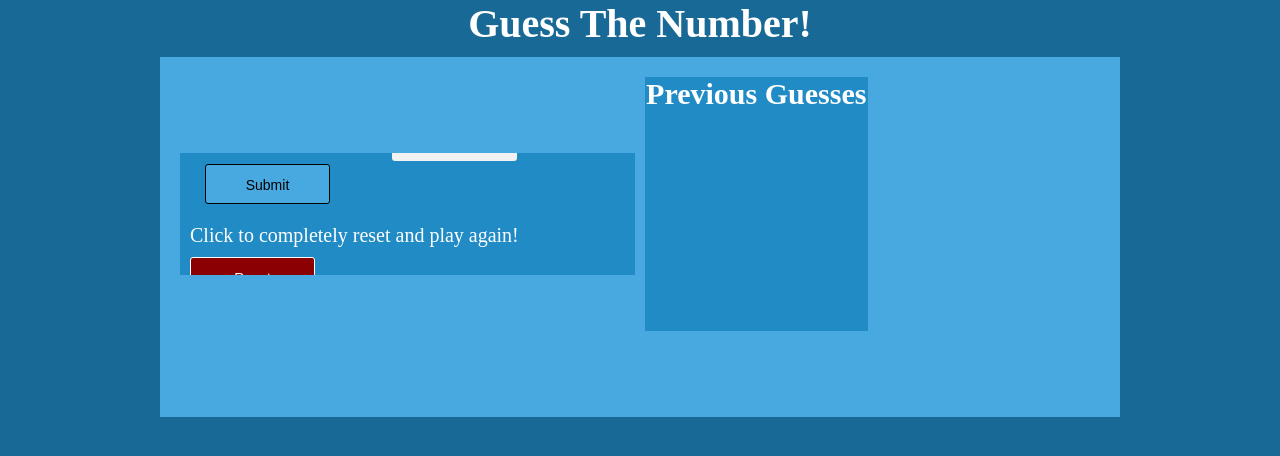
Repository: mlmEFSC21/P14-Guessing-Game
Page: guess.html
The author's editor kept a copy of each file at every save. The page is drawn from the files as they stood at one save, then again after the next save.
The browser window is 1280 px wide. The pictures show the whole page.

Above is the page before, as saved 2022-03-19 14:23:35.

### guess.html
<!DOCTYPE html>
<html lang="en">
    <head>
        <meta charset="UTF-8" />
        <meta http-equiv="X-UA-Compatible" content="IE=edge" />
        <meta name="viewport" content="width=device-width, initial-scale=1.0" />
        <link rel="stylesheet" href="guess.css" />
        <script src="guess.js" defer></script>
        <title>Guessing Game</title>
    </head>
    <body>
        <header>
            <h1 class="pageTitle">Guess The Number!</h1>
        </header>
        <section>
            <div class="gameContainer" id="container">
                <div class="results" id="results">
                    <form action="#" class="inputForm">
                        <label for="guessInput">Pick a number 1 - 1000</label>
                        <input
                            type="text"
                            required
                            name="guessInput"
                            class="guessInput"
                            id="guessInput"
                        />
                        <button type="submit" class="submitBtn" id="submitBtn">Submit</button>
                        <label for="resetBtn">Click to completely reset and play again!</label>
                        <button type="reset" class="resetBtn" id="resetBtn" name="Reset">
                            Reset
                        </button>
                    </form>
                </div>
                <div class="guessesContainer" id="guessesContainer">
                    <h2>Previous Guesses</h2>
                    <ul class="guesses" id="guessList"></ul>
                </div>
            </div>
        </section>
    </body>
</html>

### guess.css
:root {
    --clr-primary: #218bc6;
    --clr-secondary: #48a9e0;
    --clr-tertiary: #196996;
}

*,
*::after,
*::before {
    box-sizing: border-box;
    margin: 0;
    padding: 0;
}
body {
    background-color: var(--clr-tertiary);
    color: white;
    font-size: 1.25rem;
}
.pageTitle {
    text-align: center;
}
.gameContainer {
    background-color: var(--clr-secondary);
    display: grid;
    max-width: 960px;
    height: 50vh;
    margin: 10px auto;
    padding: 20px;
    grid-template-columns: repeat(4, 1fr);
    grid-template-rows: repeat(5, 1fr);
    grid-auto-rows: minmax(200px, auto);
    gap: 10px;
    align-items: start;
    justify-content: center;
}
.results {
    background-color: var(--clr-primary);
    display: flex;
    flex-direction: column-reverse;
    margin: 10px auto;
    padding: 10px;
    grid-column: 1 / 3;
    grid-row: 2 / 4;
    height: 100%;
    justify-content: center;
    align-items: center;
    overflow: hidden;
}
.inputForm {
    display: flex;
    flex-wrap: wrap;
    grid-column: 1 / 3;
    grid-row: 2 / 5;
}
label {
    margin-right: 15px;
    margin-block: 10px;
}
input {
    border: none;
    -webkit-appearance: none;
    -ms-appearance: none;
    -moz-appearance: none;
    appearance: none;
    background: #f2f2f2;
    padding: 12px;
    border-radius: 3px;
    width: 125px;
    height: 40px;
    outline: none;
    font-size: 14px;
}
button {
    border: solid 1px; navy;
    margin-bottom: 10px;
    padding: 12px;
    border-radius: 3px;
    width: 125px;
    height: 40px;
    outline: none;
    font-size: 14px;
}
.submitBtn {
    background: var(--clr-secondary);
    margin-left: 15px;
}
.resetBtn {
    background: darkred;
    color: white;
}
.resetBtn:hover {
    background: red;
}
.guessesContainer {
    background-color: var(--clr-primary);
    display: flex;
    flex-direction: column;
    height: 100%;
    grid-row: 1 / 5;
    align-items: center;
}

### guess.js
let randomNumber = Math.floor(Math.random() * 1000 + 1);
let guesses = [];

const guessInput = document.getElementById("guessInput");
const resultsDiv = document.getElementById("results");
const submitButton = document.getElementById("submitBtn");
const resetButton = document.getElementById("resetBtn");
const p = document.createElement("p");
const ul = document.getElementById("guessList");
const li = document.createElement("li");
const guessesContainer = document.getElementById("guessesContainer");
const h3 = document.createElement("h3");

//checks to see if the guess is higher, lower, or equal to
function checkGuess() {
    const currentGuess = Number(guessInput.value);
    if (currentGuess == randomNumber) {
        guesses.push(currentGuess);
        p.innerText = "Congratulations! You guessed the number!";
        resultsDiv.append(p);
        countGuesses();
    }
    if (currentGuess < randomNumber) {
        guesses.push(currentGuess);
        p.innerText = "Too low. Try again!";
        resultsDiv.append(p);
        trackGuesses();
    }
    if (currentGuess > randomNumber) {
        guesses.push(currentGuess);
        p.innerText = "Too high. Try again!";
        resultsDiv.append(p);
        trackGuesses();
    }
}
//tracks previous guess in a <ul>. Removes <li> and populates from guesses[] each time.
function trackGuesses() {
    while (ul.hasChildNodes()) {
        ul.removeChild(ul.firstChild);
    }
    for (i = 0; i <= guesses.length - 1; i++) {
        let li = document.createElement("li");
        li.innerText = guesses[i];
        ul.appendChild(li);
    }
}

//counts how many guesses. Uses array length.
function countGuesses() {
    let numOfGuesses = guesses.length;
    h3.innerText = `It took you ${numOfGuesses} guesses!`;
    guessesContainer.append(h3);
}
// creates a new random number for replay
function newRNG() {
    randomNumber = Math.floor(Math.random() * 10 + 1);
}
//resets the game completely.
function resetGame() {
    p.innerText = "";
    resultsDiv.append(p);
    while (ul.hasChildNodes()) {
        ul.removeChild(ul.firstChild);
    }
    h3.remove();
    // guessesContainer.removeChild(h3);
    guesses = [];
    newRNG();
    console.log(randomNumber);
}

submitButton.addEventListener("click", checkGuess);
resetButton.addEventListener("click", resetGame);
//logging random number for debugging. DELETE LATER
console.log(randomNumber);
console.log(guesses);

After the next save:
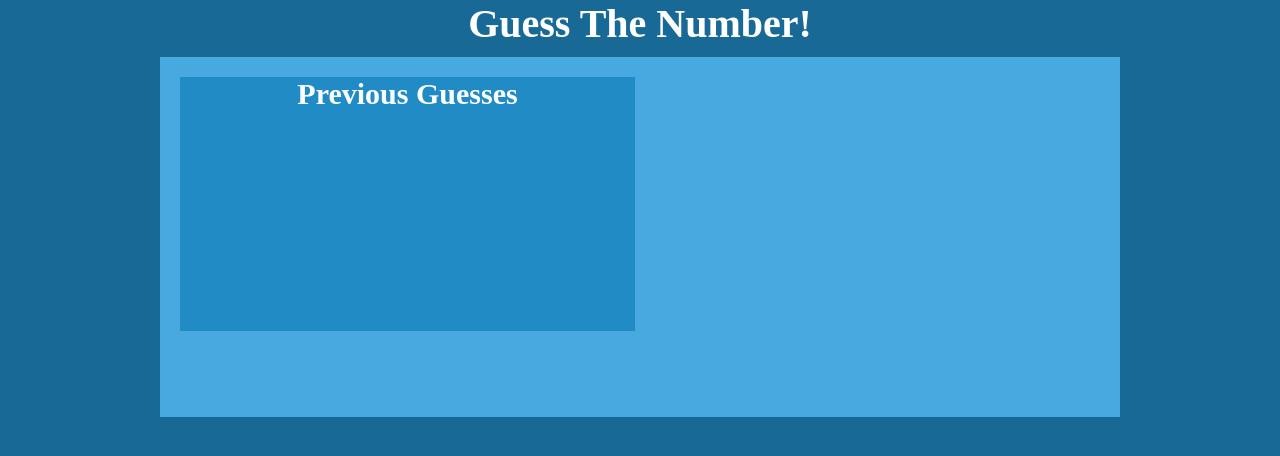
Saved 28 s later.
--- a/guess.css
+++ b/guess.css
@@ -97,5 +97,6 @@ button {
     flex-direction: column;
     height: 100%;
     grid-row: 1 / 5;
+    grid-column: 1 / 3;
     align-items: center;
 }
